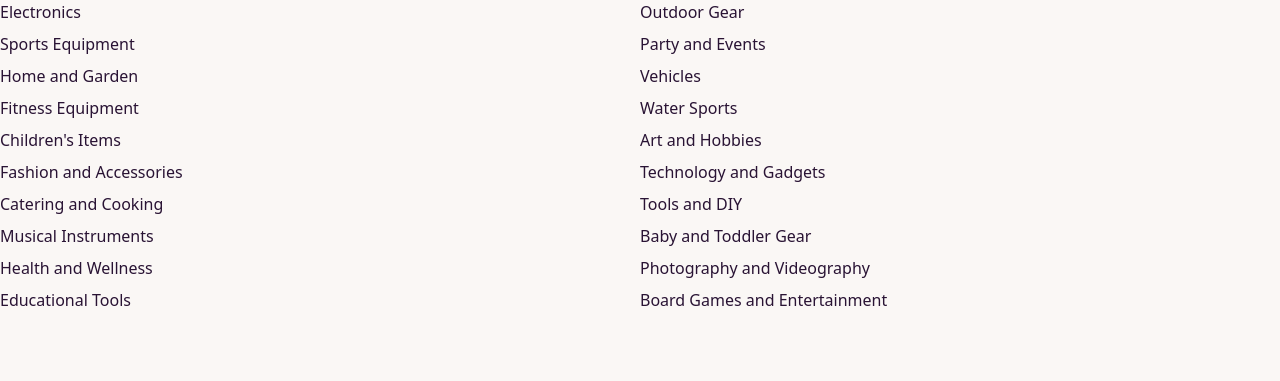
Repository: dsemenas/DalinkisLT
Page: /
These files come from the project's save history. The page is drawn as it stood at one moment and after the next save; the edit follows.
The browser window is 1280 px wide. The pictures show the whole page.
The project was rebuilt for these pictures with package versions that can differ from the ones it lists, and the page was loaded fresh each time. The framework's server and built-in components were replaced by stand-ins that run in the browser. Also part of the build but not shown: next.config.js.

Above is the page before, as saved 2023-12-21 15:00:04.

### app/layout.tsx
import type { Metadata } from "next";
import { Inter } from "next/font/google";
import "./globals.css";

const inter = Inter({ subsets: ["latin"] });

export const metadata: Metadata = {
  title: "DalinkisLT",
  description: "Dalinkis ir uždirbk!",
};

export default function RootLayout({
  children,
}: {
  children: React.ReactNode;
}) {
  return (
    <html data-theme="dark" lang="en">
      <body>{children}</body>
    </html>
  );
}

### app/page.tsx
import React from "react";

export default function Home() {
  const categories = [
    { category: "Electronics", icon: "" },
    { category: "Outdoor Gear", icon: "" },
    { category: "Sports Equipment", icon: "" },
    { category: "Party and Events", icon: "" },
    { category: "Home and Garden", icon: "" },
    { category: "Vehicles", icon: "" },
    { category: "Fitness Equipment", icon: "" },
    { category: "Water Sports", icon: "" },
    { category: "Children's Items", icon: "" },
    { category: "Art and Hobbies", icon: "" },
    { category: "Fashion and Accessories", icon: "" },
    { category: "Technology and Gadgets", icon: "" },
    { category: "Catering and Cooking", icon: "" },
    { category: "Tools and DIY", icon: "" },
    { category: "Musical Instruments", icon: "" },
    { category: "Baby and Toddler Gear", icon: "" },
    { category: "Health and Wellness", icon: "" },
    { category: "Photography and Videography", icon: "" },
    { category: "Educational Tools", icon: "" },
    { category: "Board Games and Entertainment", icon: "" },
  ];

  return (
    <div className="grid grid-cols-2 grid-rows-auto gap-y-2">
      {categories.map((c, index) => (
        <a key={index} className="link link-hover gap-1">
          <i />
          <span>{c.category}</span>
        </a>
      ))}
    </div>
  );
}

### tailwind.config.ts
import type { Config } from "tailwindcss";

const config: Config = {
  content: [
    "./pages/**/*.{js,ts,jsx,tsx,mdx}",
    "./components/**/*.{js,ts,jsx,tsx,mdx}",
    "./app/**/*.{js,ts,jsx,tsx,mdx}",
  ],
  theme: {
    extend: {
      backgroundImage: {
        "gradient-radial": "radial-gradient(var(--tw-gradient-stops))",
        "gradient-conic":
          "conic-gradient(from 180deg at 50% 50%, var(--tw-gradient-stops))",
      },
    },
  },
  plugins: [require("daisyui")],
  daisyui: {
    themes: ["cupcake"],
  },
};
export default config;

Loaded but not shown: app/globals.css (common file)

After the next save:
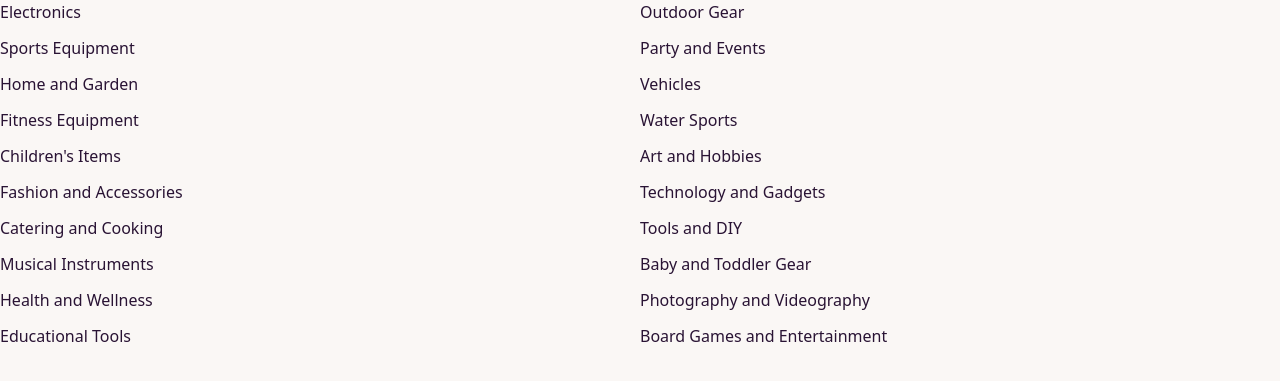
Saved 4 s later.
--- a/app/page.tsx
+++ b/app/page.tsx
@@ -25,7 +25,7 @@ export default function Home() {
   ];
 
   return (
-    <div className="grid grid-cols-2 grid-rows-auto gap-y-2">
+    <div className="grid grid-cols-2 grid-rows-auto gap-y-3">
       {categories.map((c, index) => (
         <a key={index} className="link link-hover gap-1">
           <i />
